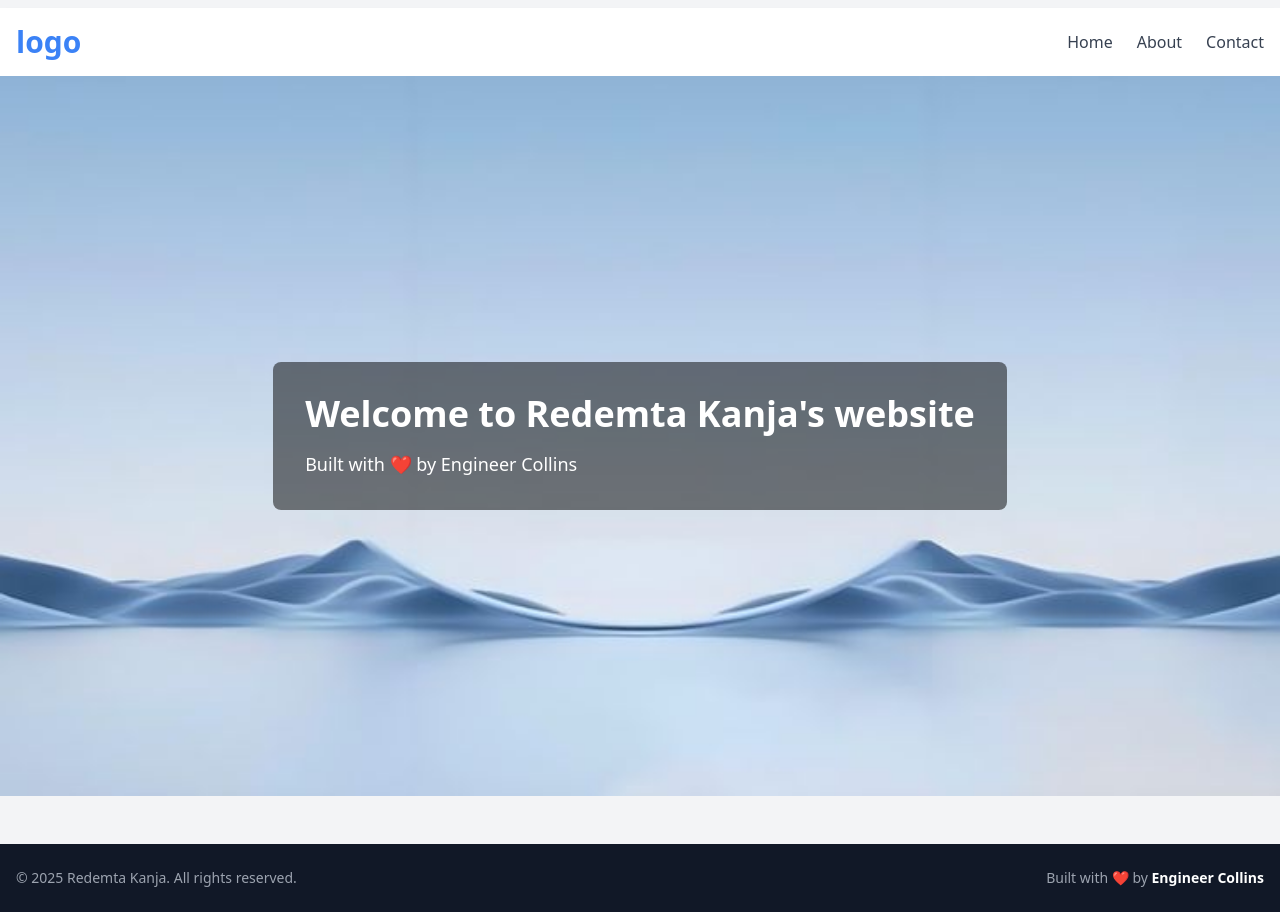
Repository: Engineer-collo/Redemta-Kanja-s-website
Page: /contact
An editor plug-in stored every save of this project. The page is shown before and after the next save, followed by the edit.
The browser window is 1280 px wide. The pictures show the whole page.
The project was rebuilt for these pictures with package versions that can differ from the ones it lists, and the page was loaded fresh each time. Also part of the build but not shown: vite.config.js, src/pages/Home.jsx, src/pages/About.jsx.

Above is the page before, as saved 2025-05-17 20:36:43.

After the next save:
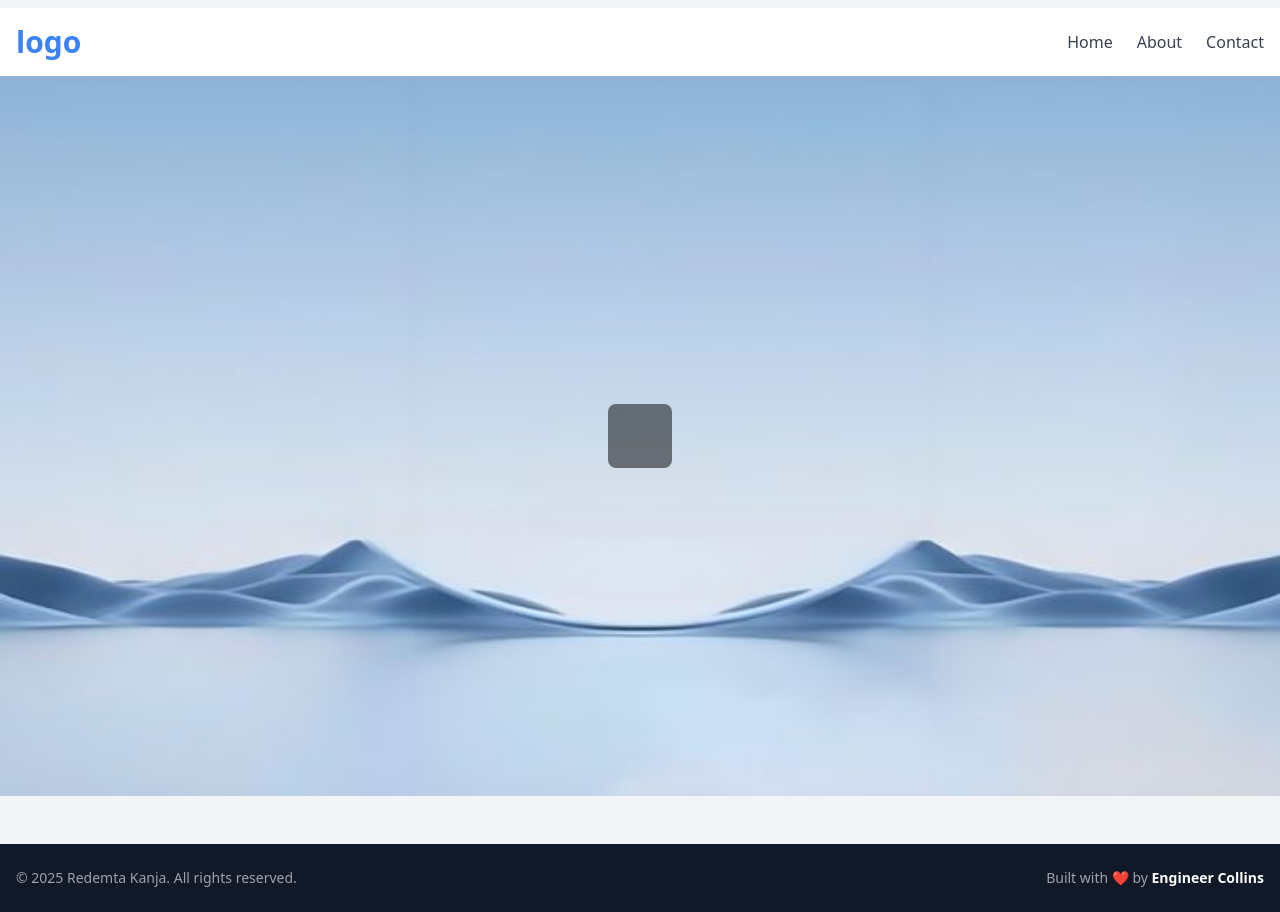
Saved 59 s later.
--- a/src/pages/Contact.jsx
+++ b/src/pages/Contact.jsx
@@ -5,8 +5,6 @@ const Contact = () => {
         className="bg-[url('/contactpage.png')] bg-cover bg-center min-h-screen flex items-center justify-center text-white"
       >
         <div className="bg-black bg-opacity-50 p-8 rounded-lg">
-          <h1 className="text-4xl font-bold mb-4">Welcome to Redemta Kanja's website</h1>
-          <p className="text-lg">Built with ❤️ by Engineer Collins</p>
         </div>
       </div>
 
